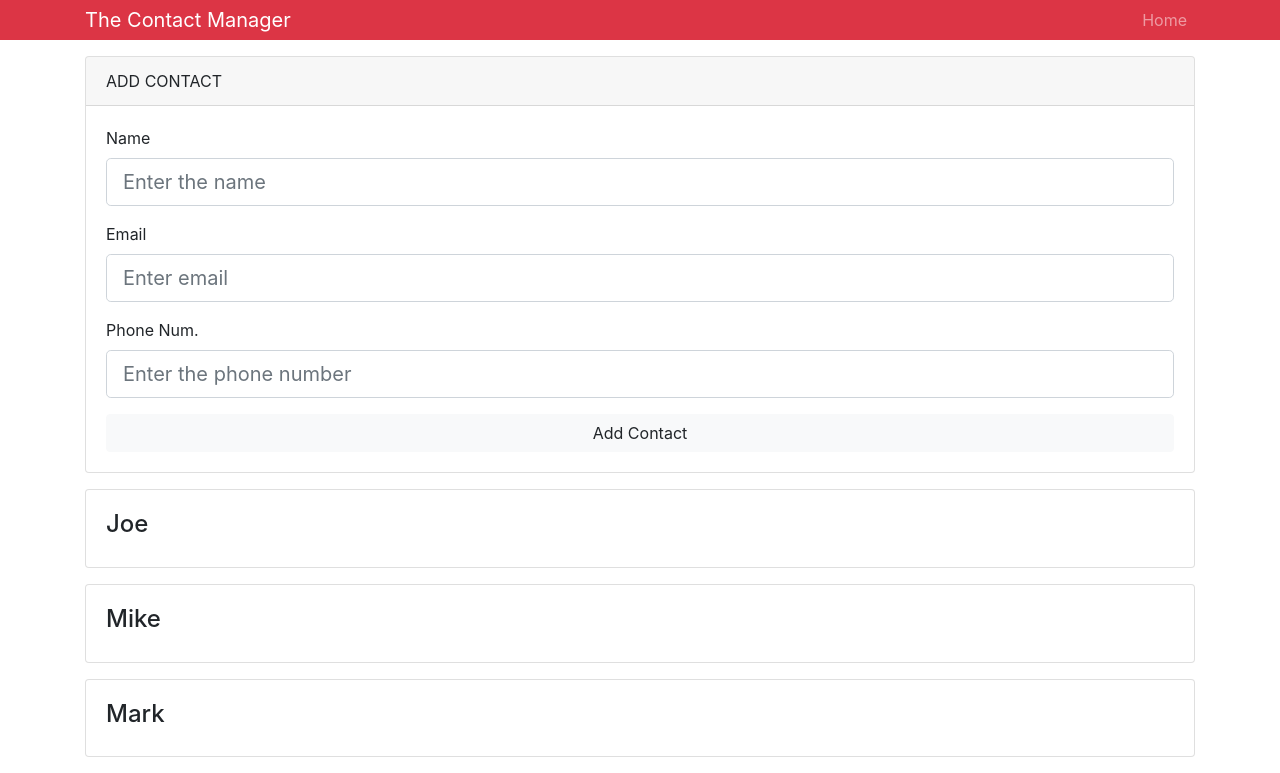
Repository: MikeTroianello/Contact-Manager
Page: /
These files come from the project's save history. The page is drawn as it stood at one moment and after the next save; the edit follows.
The browser window is 1280 px wide. The pictures show the whole page.
The project was rebuilt for these pictures with package versions that can differ from the ones it lists, and the page was loaded fresh each time. Also part of the build but not shown: src/App.css.

Above is the page before, as saved 2019-05-21 18:23:40.

### src/App.js
import React, { Component } from "react";
import { BrowserRouter as Router, Route, Switch } from "react-router-dom";

import Header from "./components/layout/Header";
import Contacts from "./components/contacts/Contacts";
import { Provider } from "./context";
import AddContact from "./components/contacts/AddContact";
import "bootstrap/dist/css/bootstrap.min.css";
import "./App.css";

class App extends Component {
  render() {
    return (
      <Provider>
        <Router>
          <div className="App">
            <Header branding="The Contact Manager" />
            <div className="container">
              <AddContact />
              <Contacts />
            </div>
          </div>
        </Router>
      </Provider>
    );
  }
}

export default App;

### src/components/layout/Header.js
import React from "react";
import PropTypes from "prop-types";

const Header = props => {
  const { branding } = props;
  return (
    <nav className="navbar navbar-expand-sm navbar-dark bg-danger mb-3 py-0">
      <div className="container">
        <a href="/" className="navbar-brand">
          {branding}
        </a>
        <div>
          <ul className="navbar-nav mr-auto">
            <a href="/" className="nav-link">
              Home
            </a>
          </ul>
        </div>
      </div>
    </nav>
  );
};

Header.defaultProps = {
  branding: "My App"
};

Header.propTypes = {
  branding: PropTypes.string.isRequired
};

export default Header;

### src/components/contacts/Contacts.js
import React, { Component } from "react";
import Contact from "./Contact";
import { Consumer } from "../../context";

class Contacts extends Component {
  //REVIEW HERE
  render() {
    return (
      <Consumer>
        {value => {
          const { contacts } = value;
          return (
            <React.Fragment>
              {contacts.map(contact => (
                <Contact key={contact.id} contact={contact} />
              ))}
            </React.Fragment>
          );
        }}
      </Consumer>
    );
  }
}

export default Contacts;

### src/context.js
import React, { Component } from "react";

const Context = React.createContext();

const reducer = (state, action) => {
  switch (action.type) {
    case "DELETE_CONTACT":
      return {
        ...state,
        contacts: state.contacts.filter(
          contact => contact.id !== action.payload
        )
      };
    case "ADD_CONTACT":
      return {
        ...state,
        contacts: [action.payload, ...state.contacts]
      };
    default:
      return state;
  }
};

export class Provider extends Component {
  state = {
    contacts: [
      {
        id: 1,
        name: "Joe",
        email: "joe@mailbox.co",
        phone: "(123)456-7890"
      },
      {
        id: 2,
        name: "Mike",
        email: "mike@mailbox.co",
        phone: "(123)456-1111"
      },
      {
        id: 3,
        name: "Mark",
        email: "mark@mailbox.co",
        phone: "(123)456-2231"
      }
    ],
    dispatch: action => {
      this.setState(state => reducer(state, action));
    }
  };

  render() {
    return (
      <Context.Provider value={this.state}>
        {this.props.children}
      </Context.Provider>
    );
  }
}

export const Consumer = Context.Consumer;

### src/components/contacts/AddContact.js
import React, { Component } from "react";
import { Consumer } from "../../context";
import TextInputGroup from "../layout/TextInputGroup";
import uuid from "uuid";

class AddContact extends Component {
  state = {
    name: "",
    email: "",
    phone: "",
    errors: {}
  };

  onChange = e => {
    this.setState({ [e.target.name]: e.target.value });
  };

  onSubmit = (dispatch, e) => {
    e.preventDefault();

    const { name, email, phone } = this.state;

    //ERROR CHECK
    if (name === "") {
      this.setState({ errors: { name: "name is required" } });
      return;
    }

    if (email === "") {
      this.setState({ errors: { email: "email is required" } });
      return;
    }

    if (phone === "") {
      this.setState({ errors: { phone: "phone is required" } });
      return;
    }

    const newContact = {
      id: uuid(),
      name,
      email,
      phone
    };

    dispatch({ type: "ADD_CONTACT", payload: newContact });

    //CLEAR STATE
    this.setState({
      name: "",
      email: "",
      phone: "",
      errors: {}
    });
  };

  render() {
    const { name, email, phone, errors } = this.state;

    return (
      <Consumer>
        {value => {
          const { dispatch } = value;
          return (
            <div className="card mb-3">
              <div className="card-header">ADD CONTACT</div>
              <div className="card-body">
                <form onSubmit={this.onSubmit.bind(this, dispatch)}>
                  <TextInputGroup
                    label="Name"
                    name="name"
                    placeholder="Enter the name"
                    value={name}
                    onChange={this.onChange}
                    error={errors.name}
                  />

                  <TextInputGroup
                    label="Email"
                    name="email"
                    type="email"
                    placeholder="Enter email"
                    value={email}
                    onChange={this.onChange}
                    error={errors.email}
                  />

                  <TextInputGroup
                    label="Phone Num."
                    name="phone"
                    placeholder="Enter the phone number"
                    value={phone}
                    onChange={this.onChange}
                    error={errors.phone}
                  />

                  <input
                    type="submit"
                    value="Add Contact"
                    className="btn btn-light btn-block"
                  />
                </form>
              </div>
            </div>
          );
        }}
      </Consumer>
    );
  }
}

export default AddContact;

### src/components/contacts/Contact.js
import React, { Component } from "react";
import PropTypes from "prop-types";
import { Consumer } from "../../context";

class Contact extends Component {
  state = {
    showContactInfo: false
  };

  // onShowClick = e => {
  //   this.setState({ showContactInfo: !this.state.showContactInfo });
  // };

  onDeleteClick = (id, dispatch) => {
    dispatch({ type: "DELETE_CONTACT", payload: id });
  };

  render() {
    const { name, email, phone, id } = this.props.contact;
    const { showContactInfo } = this.state;

    return (
      <Consumer>
        {value => {
          const { dispatch } = value;
          return (
            <div className="card card-body mb-3">
              <h4>
                {name}{" "}
                <i
                  onClick={() =>
                    this.setState({
                      showContactInfo: !this.state.showContactInfo
                    })
                  }
                  className="fas fa-sort-down"
                  style={{ cursor: "pointer" }}
                />
                <i
                  className="fas fa-times"
                  style={{ cursor: "pointer", float: "right", color: "red" }}
                  onClick={this.onDeleteClick.bind(this, id, dispatch)}
                />
              </h4>
              {showContactInfo && (
                <ul className="list-group">
                  <li className="list-group-item">{email}</li>
                  <li className="list-group-item">{phone}</li>
                </ul>
              )}
            </div>
          );
        }}
      </Consumer>
    );
  }
}

Contact.propTypes = {
  contact: PropTypes.object.isRequired
};

export default Contact;

### src/components/layout/TextInputGroup.js
import React from "react";
import PropTypes from "prop-types";
import classnames from "classnames";

const TextInputGroup = ({
  label,
  name,
  value,
  placeholder,
  type,
  onChange,
  error
}) => {
  return (
    <div className="form-group">
      <label htmlFor={name}>{label}</label>
      <input
        type={type}
        name={name}
        className={classnames("form-control form-control-lg", {
          "is-invalid": error
        })}
        placeholder={placeholder}
        value={value}
        onChange={onChange}
      />
      {error && <div className="invalid-feedback">{error}</div>}
    </div>
  );
};

TextInputGroup.propTypes = {
  label: PropTypes.string.isRequired,
  name: PropTypes.string.isRequired,
  placeholder: PropTypes.string.isRequired,
  value: PropTypes.string.isRequired,
  type: PropTypes.string.isRequired,
  onChange: PropTypes.func.isRequired,
  error: PropTypes.string
};

TextInputGroup.defaultProps = {
  type: "text"
};

export default TextInputGroup;

Loaded but not shown: src/index.js (common file); src/serviceWorker.js (common file)

After the next save:
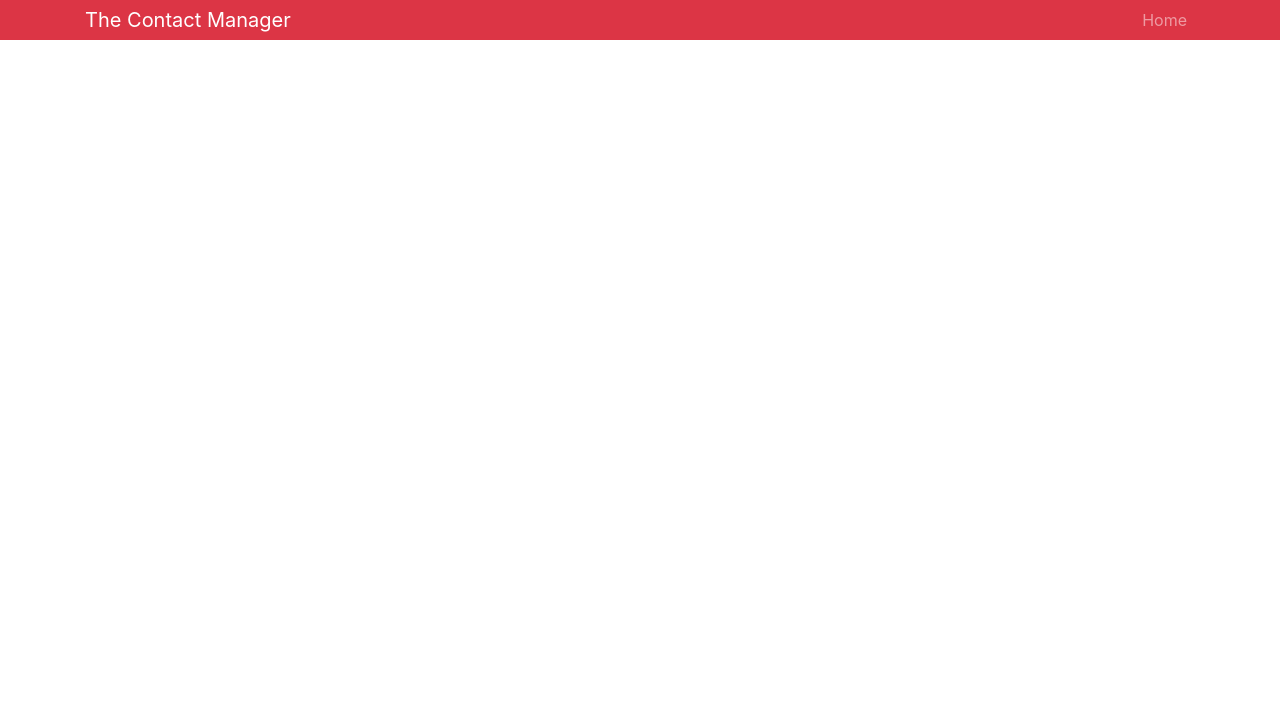
Saved 2 min 16 s later.
--- a/src/App.js
+++ b/src/App.js
@@ -16,8 +16,7 @@ class App extends Component {
           <div className="App">
             <Header branding="The Contact Manager" />
             <div className="container">
-              <AddContact />
-              <Contacts />
+              <Switch />
             </div>
           </div>
         </Router>
